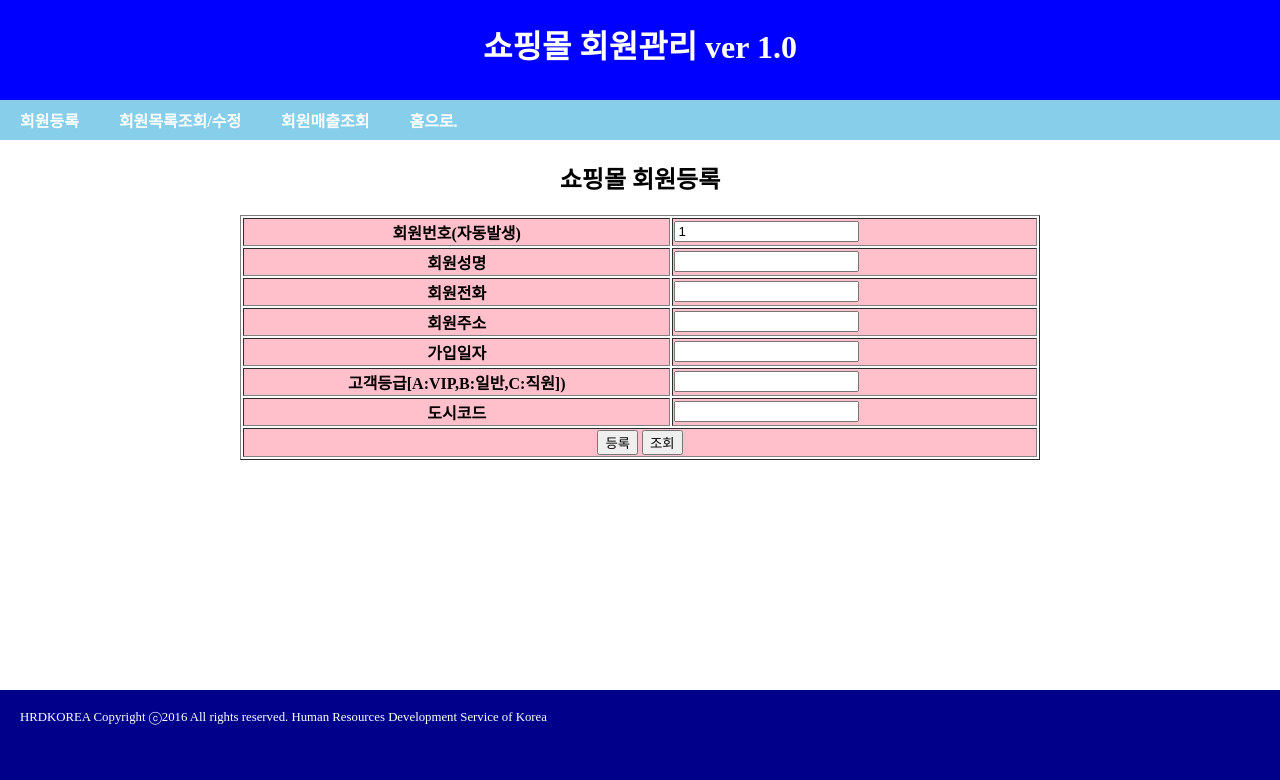
Repository: GotChun/DH_JSP
Page: http://localhost/HRD_1234/join.jsp
An editor plug-in stored every save of this project. The page is shown before and after the next save, followed by the edit.
The browser window is 1280 px wide. The pictures show the whole page.
The page is served by Tomcat 9. Queries for data that is not in the repository find no rows.

Above is the page before, as saved 2024-10-25 00:45:07.

After the next save:
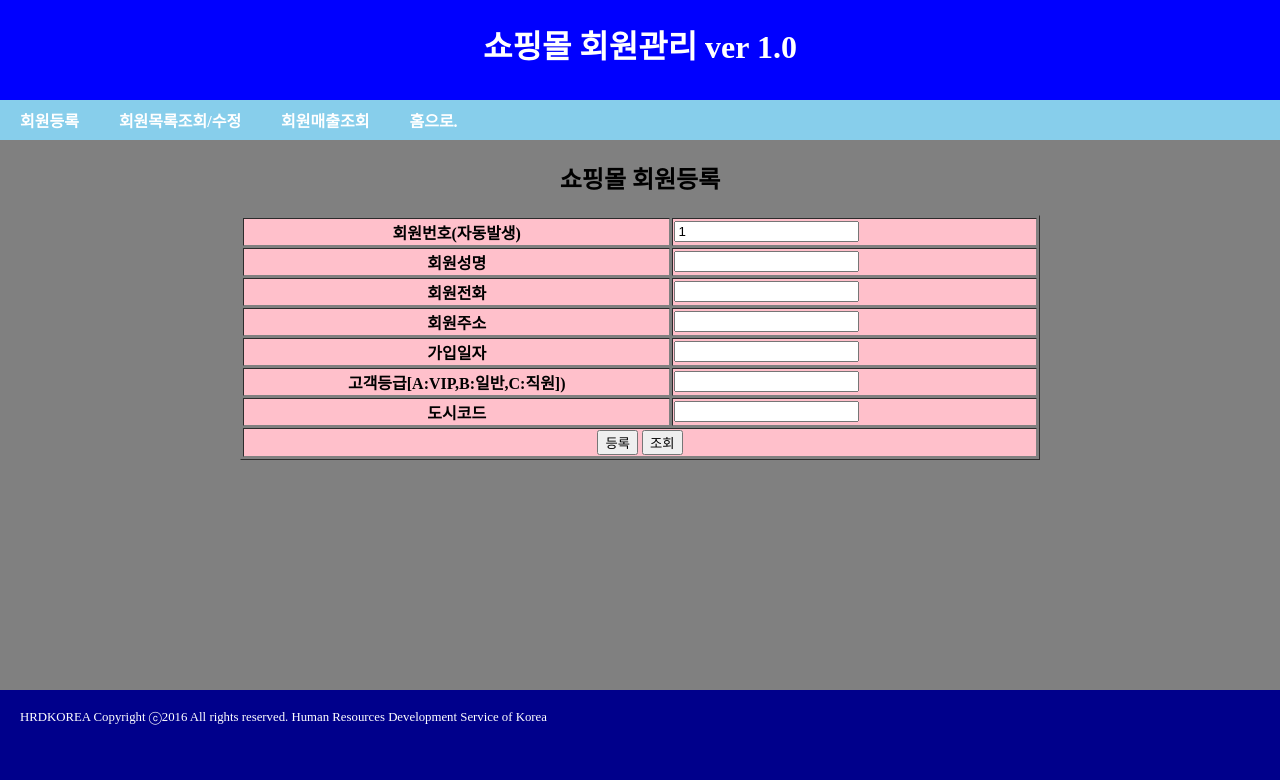
Saved 35 s later.
--- a/hrdkorea/HRD_1234/src/main/webapp/join.jsp
+++ b/hrdkorea/HRD_1234/src/main/webapp/join.jsp
@@ -27,6 +27,7 @@ System.out.println(todayTime);
 body {
 	margin: 0;
 	padding: 0;
+	background-color:gray;
 }
 
 section {
